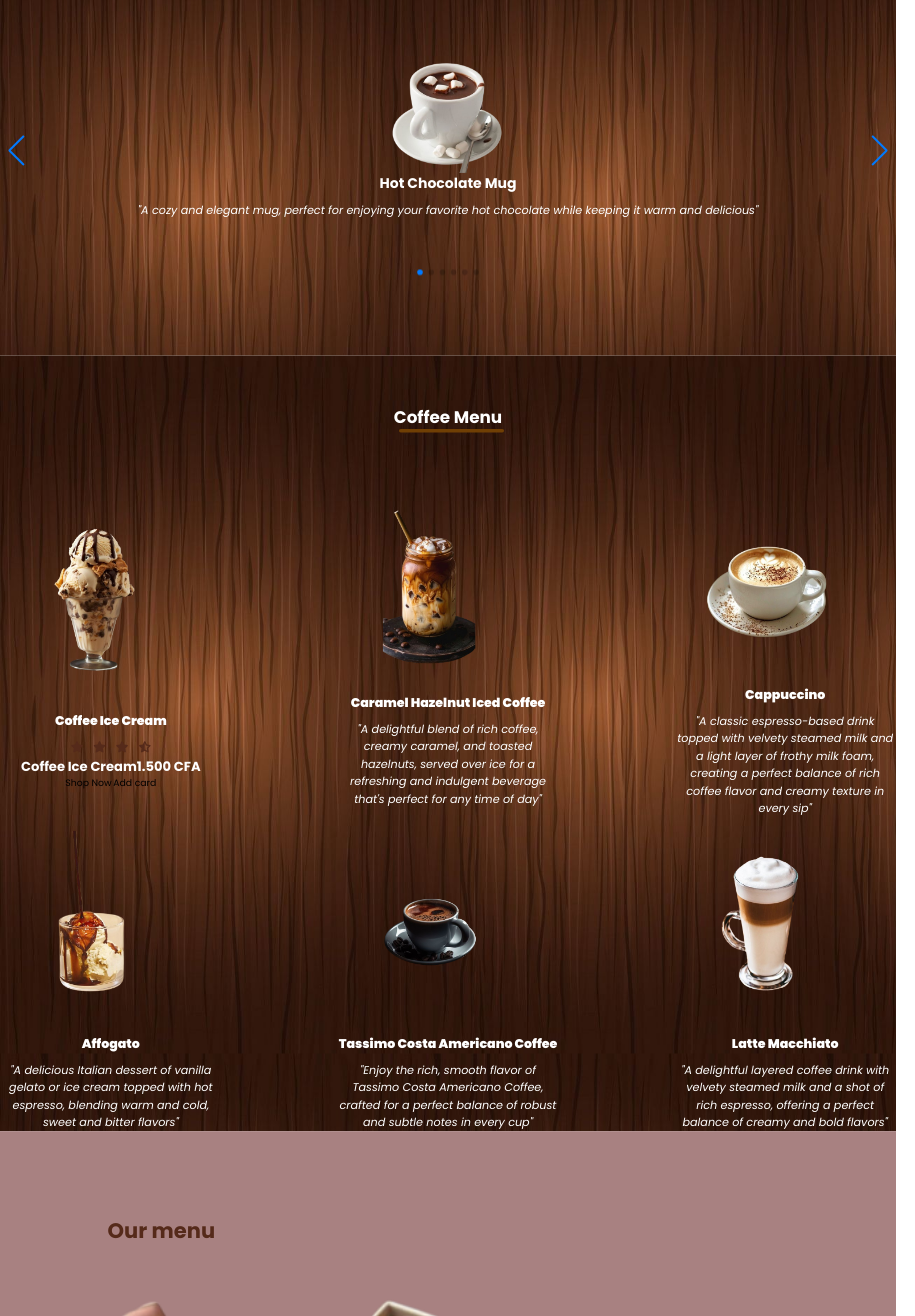
Repository: awa-creator/ProjetFinal
Page: index.html
The author's editor kept a copy of each file at every save. The page is drawn from the files as they stood at one save, then again after the next save.
The browser window is 1280 px wide. The page is 1307 px wide, so the pictures cover 1307 px, including what lies to the right of the window. The pictures show the part of the page from y = 1460 to 3340 px (the page is 7496 px tall), at 70% of full size.
Some web fonts or font styles are not loaded; a fallback is used. Some web libraries are served in a nearby version.

Above is the page before, as saved 2024-10-06 16:51:10.

After the next save:
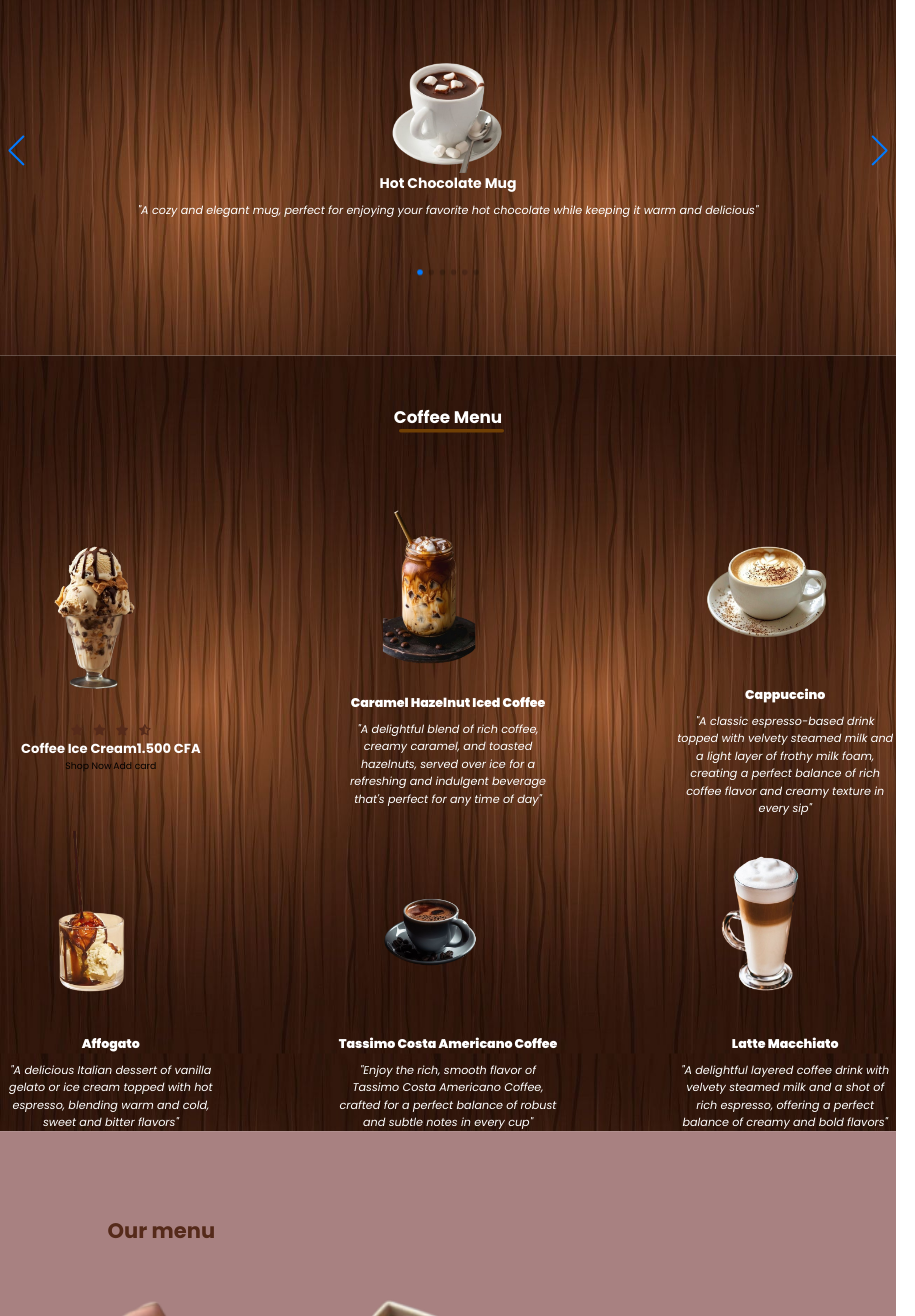
Saved 66 s later.
--- a/index.html
+++ b/index.html
@@ -123,7 +123,6 @@
       <ul class="coffee_list">
         <li class="coffee_item">
             <img src="image/coffe1 ICE CREAM.jpg" alt="Ice Cream" class="coffee_img">
-             <h2 class="name">Coffee Ice Cream</h2>
              <div class="rating">
                 <i class="fa-solid fa-star"></i>
                 <i class="fa-solid fa-star"></i>
